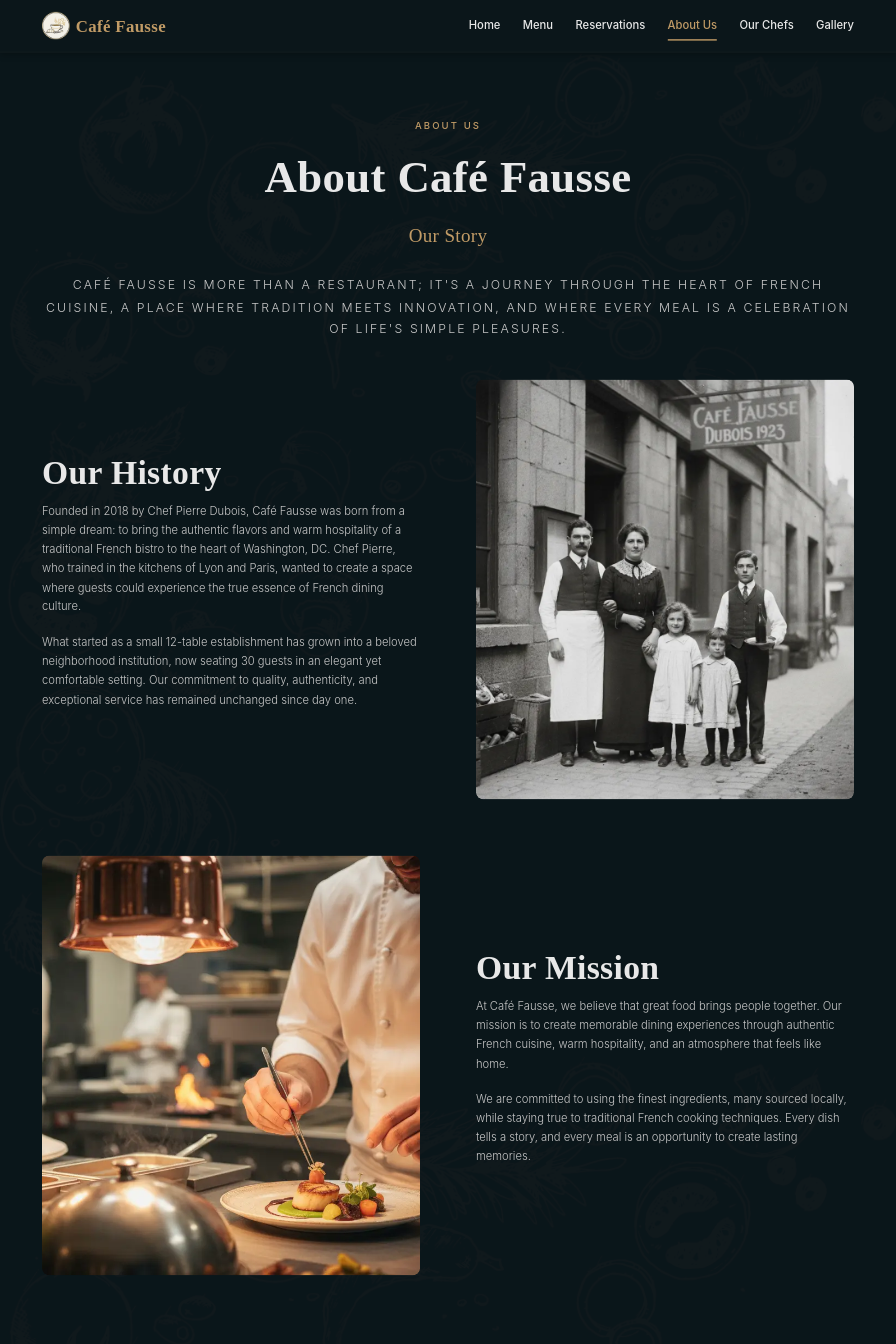
Repository: MatVanDenArt/MSSE-Cafe-Fausse
Page: /about (app in frontend/)
An editor plug-in stored every save of this project. The page is shown before and after the next save, followed by the edit.
The browser window is 1280 px wide. The pictures show the part of the page from y = 0 to 1920 px (the page is 5409 px tall before and 5568 px after), at 70% of full size.
Backgrounds fixed to the window are drawn as part of the page. The project was rebuilt for these pictures with package versions that can differ from the ones it lists, and the page was loaded fresh each time. Also part of the build but not shown: frontend/src/pages/Home.css, frontend/src/pages/Home.js, frontend/src/pages/Menu.css, frontend/src/pages/Menu.js, frontend/src/pages/Reservations.css, frontend/src/pages/Reservations.js, frontend/src/pages/Gallery.css, frontend/src/pages/Gallery.js.

Above is the page before, as saved 2025-11-05 14:54:03.

### frontend/src/pages/About.js
import React, { useState, useEffect, useRef } from "react";
import { Link } from "react-router-dom";
import "./About.css";

const About = () => {
  const [currentIndex, setCurrentIndex] = useState(0);
  const [isDesktop, setIsDesktop] = useState(window.innerWidth > 768);
  const carouselRef = useRef(null);
  const scrollContainerRef = useRef(null);
  const mousePositionRef = useRef({ x: 0, y: 0 });
  const isMouseOverRef = useRef(false);
  const animationIdRef = useRef(null);

  const awards = [
    {
      id: 1,
      image: "/images/Award - Cœur de France Gastronomie.webp",
      title: "Cœur de France Gastronomie",
      year: "2023",
      description: "Excellence in French Cuisine",
    },
    {
      id: 2,
      image: "/images/Award - Culinary Innovation.webp",
      title: "Culinary Innovation Award",
      year: "2022",
      description: "Washington DC Restaurant Association",
    },
    {
      id: 3,
      image: "/images/Award - Etoile du Chef Distinction.webp",
      title: "Étoile du Chef Distinction",
      year: "2021",
      description: "French Culinary Institute",
    },
    {
      id: 4,
      image: "/images/Award - Golden Spoon.webp",
      title: "Golden Spoon Award",
      year: "2020",
      description: "Best New Restaurant",
    },
  ];

  useEffect(() => {
    const handleScroll = () => {
      if (!scrollContainerRef.current) return;

      const container = scrollContainerRef.current;
      const containerWidth = container.offsetWidth;
      const containerCenter = containerWidth / 2;

      // Find which slide is closest to center
      const slides = container.querySelectorAll(".award-slide");
      let closestIndex = 0;
      let closestDistance = Infinity;

      slides.forEach((slide, index) => {
        const slideRect = slide.getBoundingClientRect();
        const containerRect = container.getBoundingClientRect();
        const slideCenter =
          slideRect.left - containerRect.left + slideRect.width / 2;
        const distance = Math.abs(slideCenter - containerCenter);

        if (distance < closestDistance) {
          closestDistance = distance;
          closestIndex = index;
        }
      });

      // On desktop with duplicated slides, map back to original index
      const actualIndex = isDesktop
        ? closestIndex % awards.length
        : closestIndex;

      setCurrentIndex((prevIndex) => {
        if (
          actualIndex !== prevIndex &&
          actualIndex >= 0 &&
          actualIndex < awards.length
        ) {
          return actualIndex;
        }
        return prevIndex;
      });
    };

    const container = scrollContainerRef.current;
    if (container) {
      container.addEventListener("scroll", handleScroll, { passive: true });
      return () => container.removeEventListener("scroll", handleScroll);
    }
  }, [awards.length, isDesktop]);

  // Removed scrollToIndex - indicators are now visual only
  // Navigation is handled entirely by mouse position on desktop and touch/swipe on mobile

  // Handle window resize
  useEffect(() => {
    const handleResize = () => {
      setIsDesktop(window.innerWidth > 768);
    };

    window.addEventListener("resize", handleResize);
    return () => window.removeEventListener("resize", handleResize);
  }, []);

  // Auto-scrolling infinite carousel with hover pause for desktop
  useEffect(() => {
    const container = scrollContainerRef.current;
    if (!container || !isDesktop) return;

    let animationId = null;
    let isPaused = false;
    const maxScrollSpeed = 2.0; // Maximum scroll speed in pixels per frame
    let currentScrollSpeed = 0; // Current scroll speed (will be eased)
    let targetScrollSpeed = maxScrollSpeed; // Target scroll speed
    let currentScrollPosition = 0;
    let slideWidth = 0;
    let singleSetWidth = 0; // Width of one set of awards
    const transitionDuration = 500; // Transition duration in milliseconds (0.5 seconds)
    let transitionStartTime = null;
    let transitionStartSpeed = 0;

    // Initialize carousel
    const initializeCarousel = () => {
      const firstSlide = container.querySelector(".award-slide");
      if (firstSlide) {
        slideWidth = firstSlide.offsetWidth + 32; // slide width + margin
        singleSetWidth = slideWidth * awards.length;
        // Start at the beginning of first set
        currentScrollPosition = 0;
        container.scrollLeft = 0;
      }
    };

    initializeCarousel();

    // Update calculations on resize
    const updateDimensions = () => {
      const firstSlide = container.querySelector(".award-slide");
      if (firstSlide) {
        slideWidth = firstSlide.offsetWidth + 32;
        singleSetWidth = slideWidth * awards.length;
      }
    };

    // Easing function for smooth transitions (ease-in-out)
    const easeInOut = (t) => {
      return t < 0.5 ? 2 * t * t : -1 + (4 - 2 * t) * t;
    };

    // Continuous animation loop
    const animate = (timestamp) => {
      if (!container) {
        animationId = null;
        return;
      }

      // Handle easing transition
      if (transitionStartTime !== null) {
        const elapsed = timestamp - transitionStartTime;
        const progress = Math.min(elapsed / transitionDuration, 1);

        if (progress < 1) {
          // Still transitioning - calculate eased speed
          const easedProgress = easeInOut(progress);
          currentScrollSpeed =
            transitionStartSpeed +
            (targetScrollSpeed - transitionStartSpeed) * easedProgress;
        } else {
          // Transition complete
          currentScrollSpeed = targetScrollSpeed;
          transitionStartTime = null;
        }
      }

      // Scroll at current speed (which may be easing)
      if (currentScrollSpeed > 0) {
        currentScrollPosition += currentScrollSpeed;

        // Handle seamless infinite scroll wrapping
        // When we reach or exceed the end of the first set, reset to equivalent position
        // This creates a seamless loop since duplicate slides are identical
        if (currentScrollPosition >= singleSetWidth) {
          // Use modulo to wrap seamlessly - this ensures exact visual match
          const wrappedPosition = currentScrollPosition % singleSetWidth;
          // Reset scroll position instantly when wrapping (no visible jump due to duplicates)
          container.scrollLeft = wrappedPosition;
          currentScrollPosition = wrappedPosition;
        } else {
          // Normal scrolling - update position
          container.scrollLeft = currentScrollPosition;
        }
      } else {
        // When paused or speed is 0, maintain current view
        container.scrollLeft = currentScrollPosition;
      }

      animationId = requestAnimationFrame(animate);
    };

    // Start auto-scroll with initial speed
    currentScrollSpeed = maxScrollSpeed;
    animationId = requestAnimationFrame(animate);

    // Handle mouse enter - gradually pause scrolling
    const handleMouseEnter = () => {
      if (!isPaused) {
        isPaused = true;
        transitionStartSpeed = currentScrollSpeed;
        targetScrollSpeed = 0;
        transitionStartTime = performance.now();
      }
    };

    // Handle mouse leave - gradually resume scrolling
    const handleMouseLeave = () => {
      if (isPaused) {
        isPaused = false;
        transitionStartSpeed = currentScrollSpeed;
        targetScrollSpeed = maxScrollSpeed;
        transitionStartTime = performance.now();
        if (!animationId) {
          animationId = requestAnimationFrame(animate);
        }
      }
    };

    // Handle window resize
    const handleResize = () => {
      updateDimensions();
      // Maintain current scroll position relative to the set
      const setPosition = currentScrollPosition % singleSetWidth;
      currentScrollPosition = setPosition;
      container.scrollLeft = currentScrollPosition;
    };

    // Attach event listeners to carousel wrapper
    const wrapper = carouselRef.current;
    if (wrapper) {
      wrapper.addEventListener("mouseenter", handleMouseEnter);
      wrapper.addEventListener("mouseleave", handleMouseLeave);
    }
    window.addEventListener("resize", handleResize);

    return () => {
      if (wrapper) {
        wrapper.removeEventListener("mouseenter", handleMouseEnter);
        wrapper.removeEventListener("mouseleave", handleMouseLeave);
      }
      window.removeEventListener("resize", handleResize);
      if (animationId) {
        cancelAnimationFrame(animationId);
      }
    };
  }, [isDesktop, awards.length]);

  return (
    <div
      className="about"
      style={{
        backgroundImage: `url('/images/bg-5.png')`,
        backgroundSize: "cover",
        backgroundPosition: "center",
        backgroundRepeat: "no-repeat",
        backgroundAttachment: "fixed",
      }}
    >
      <div className="container">
        <div className="section-title">
          <p>about us</p>
          <h1>About Café Fausse</h1>
          <h2>Our Story</h2>
          <p
            style={{
              fontSize: "1.1rem",
              lineHeight: "1.8",
              color: "#c8c8c8",
              fontWeight: 300,
              marginTop: "1rem",
            }}
          >
            Café Fausse is more than a restaurant; it's a journey through the
            heart of French cuisine, a place where tradition meets innovation,
            and where every meal is a celebration of life's simple pleasures.
          </p>
        </div>

        {/* History Section */}
        <section className="about-section">
          <div className="about-content">
            <div className="about-text">
              <h3>Our History</h3>
              <p>
                Founded in 2018 by Chef Pierre Dubois, Café Fausse was born from
                a simple dream: to bring the authentic flavors and warm
                hospitality of a traditional French bistro to the heart of
                Washington, DC. Chef Pierre, who trained in the kitchens of Lyon
                and Paris, wanted to create a space where guests could
                experience the true essence of French dining culture.
              </p>
              <p>
                What started as a small 12-table establishment has grown into a
                beloved neighborhood institution, now seating 30 guests in an
                elegant yet comfortable setting. Our commitment to quality,
                authenticity, and exceptional service has remained unchanged
                since day one.
              </p>
            </div>
            <div className="about-image">
              <img
                src="/images/About - History.webp"
                alt="Café Fausse History"
                className="img-responsive img-rounded"
              />
            </div>
          </div>
        </section>

        {/* Mission Section */}
        <section className="about-section">
          <div className="about-content reverse">
            <div className="about-text">
              <h3>Our Mission</h3>
              <p>
                At Café Fausse, we believe that great food brings people
                together. Our mission is to create memorable dining experiences
                through authentic French cuisine, warm hospitality, and an
                atmosphere that feels like home.
              </p>
              <p>
                We are committed to using the finest ingredients, many sourced
                locally, while staying true to traditional French cooking
                techniques. Every dish tells a story, and every meal is an
                opportunity to create lasting memories.
              </p>
            </div>
            <div className="about-image">
              <img
                src="/images/Gallery - Chef.webp"
                alt="Café Fausse Chef"
                className="img-responsive img-rounded"
              />
            </div>
          </div>
        </section>

        {/* Chef Section */}
        <section className="about-section">
          <div className="about-content">
            <div className="about-text">
              <h3>Chef Pierre Dubois</h3>
              <h4>Executive Master Chef</h4>
              <p>
                Chef Pierre Dubois brings over 20 years of culinary expertise to
                Café Fausse. Trained in the prestigious kitchens of Lyon and
                Paris, Chef Pierre has worked alongside some of France's most
                celebrated chefs.
              </p>
              <p>
                His philosophy is simple: respect the ingredients, honor the
                traditions, and always cook with passion. Under his guidance,
                Café Fausse has become a destination for those seeking authentic
                French cuisine in the nation's capital.
              </p>
              <div className="chef-quote">
                <blockquote>
                  "Cooking is an art, but it's also a way to bring people
                  together. At Café Fausse, we don't just serve food; we create
                  experiences that nourish both body and soul."
                </blockquote>
                <cite>- Chef Pierre Dubois</cite>
              </div>
              <Link
                to="/our-chefs"
                className="btn btn-large"
                style={{ marginTop: "2rem" }}
              >
                Meet Our Chefs
              </Link>
            </div>
            <div className="about-image">
              <img
                src="/images/Chef - Pierre Dubois.webp"
                alt="Chef Pierre Dubois"
                className="img-responsive img-rounded"
              />
            </div>
          </div>
        </section>
      </div>

      {/* Awards Section */}
      <section className="awards-carousel-section">
        <div className="awards-carousel-header">
          <div className="awards-header-container">
            <div className="section-title">
              <h3>Recognition & Awards</h3>
              <p>recognition</p>
            </div>
          </div>
        </div>
        <div className="awards-carousel-wrapper" ref={carouselRef}>
          <div className="awards-carousel-container" ref={scrollContainerRef}>
            {/* Duplicate awards for infinite scroll effect on desktop */}
            {isDesktop ? (
              <>
                {awards.map((award, index) => (
                  <div
                    key={`dup-1-${award.id}`}
                    className={`award-slide ${
                      index === currentIndex ? "active" : ""
                    }`}
                    style={{
                      backgroundImage: `url("${award.image}")`,
                      backgroundSize: "cover",
                      backgroundPosition: "center",
                      backgroundRepeat: "no-repeat",
                    }}
                  >
                    <div className="award-slide-overlay"></div>
                    <div className="award-slide-content">
                      <h4>{award.title}</h4>
                      <p className="award-year">{award.year}</p>
                      <p className="award-description">{award.description}</p>
                    </div>
                  </div>
                ))}
                {awards.map((award, index) => (
                  <div
                    key={`dup-2-${award.id}`}
                    className={`award-slide ${
                      index === currentIndex ? "active" : ""
                    }`}
                    style={{
                      backgroundImage: `url("${award.image}")`,
                      backgroundSize: "cover",
                      backgroundPosition: "center",
                      backgroundRepeat: "no-repeat",
                    }}
                  >
                    <div className="award-slide-overlay"></div>
                    <div className="award-slide-content">
                      <h4>{award.title}</h4>
                      <p className="award-year">{award.year}</p>
                      <p className="award-description">{award.description}</p>
                    </div>
                  </div>
                ))}
              </>
            ) : (
              awards.map((award, index) => (
                <div
                  key={award.id}
                  className={`award-slide ${
                    index === currentIndex ? "active" : ""
                  }`}
                  style={{
                    backgroundImage: `url("${award.image}")`,
                    backgroundSize: "cover",
                    backgroundPosition: "center",
                    backgroundRepeat: "no-repeat",
                  }}
                >
                  <div className="award-slide-overlay"></div>
                  <div className="award-slide-content">
                    <h4>{award.title}</h4>
                    <p className="award-year">{award.year}</p>
                    <p className="award-description">{award.description}</p>
                  </div>
                </div>
              ))
            )}
          </div>
          <div className="carousel-indicators">
            {awards.map((_, index) => (
              <div
                key={index}
                className={`indicator ${
                  index === currentIndex ? "active" : ""
                }`}
                aria-label={`Award ${index + 1} ${
                  index === currentIndex ? "(current)" : ""
                }`}
              ></div>
            ))}
          </div>
        </div>
      </section>

      <div className="container">
        {/* Values Section */}
        <section className="about-section">
          <div className="section-title">
            <h3>Our Values</h3>
            <p>The principles that guide everything we do</p>
          </div>
          <div className="grid grid-3">
            <div className="card">
              <div className="pillar-image">
                <img
                  src="/images/Gallery - Chef.webp"
                  alt="Authenticity"
                  className="pillar-img"
                />
              </div>
              <div className="card-body text-center">
                <h3>Authenticity</h3>
                <p>
                  We stay true to traditional French cooking methods and
                  flavors, ensuring every dish is authentic and memorable.
                </p>
              </div>
            </div>
            <div className="card">
              <div className="pillar-image">
                <img
                  src="/images/Gallery - Kitchen.webp"
                  alt="Sustainability"
                  className="pillar-img"
                />
              </div>
              <div className="card-body text-center">
                <h3>Sustainability</h3>
                <p>
                  We source ingredients responsibly, supporting local farmers
                  and sustainable practices whenever possible.
                </p>
              </div>
            </div>
            <div className="card">
              <div className="pillar-image">
                <img
                  src="/images/Gallery - Dining Area.webp"
                  alt="Hospitality"
                  className="pillar-img"
                />
              </div>
              <div className="card-body text-center">
                <h3>Hospitality</h3>
                <p>
                  Every guest is treated like family, with warm service that
                  makes you feel at home from the moment you arrive.
                </p>
              </div>
            </div>
            <div className="card">
              <div className="pillar-image">
                <img
                  src="/images/Gallery - Table.webp"
                  alt="Excellence"
                  className="pillar-img"
                />
              </div>
              <div className="card-body text-center">
                <h3>Excellence</h3>
                <p>
                  We strive for perfection in every detail, from the quality of
                  our ingredients to the presentation of each dish.
                </p>
              </div>
            </div>
          </div>
        </section>
      </div>
    </div>
  );
};

export default About;

### frontend/src/components/Footer.css
.footer {
  background-color: #0b161a;
  color: #e8e8e8;
  padding: 3rem 0 1rem;
  margin-top: auto;
  border-top: 1px solid #151f21;
}

.footer-content {
  display: grid;
  grid-template-columns: repeat(auto-fit, minmax(250px, 1fr));
  gap: 2rem;
  margin-bottom: 2rem;
}

.footer-section h3 {
  color: #c19b66;
  font-size: 1.8rem;
  font-family: "Cormorant Garamond", "Times New Roman", serif;
  font-weight: 500;
  letter-spacing: 0.5px;
  margin-bottom: 0.25rem;
}

.footer-section p {
  margin-bottom: 0.5rem;
  line-height: 1.6;
  color: #c8c8c8;
}

.footer-section strong {
  color: white;
}

.newsletter-form {
  display: flex;
  flex-direction: column;
  gap: 0.5rem;
  margin-top: 1rem;
}

.newsletter-input {
  padding: 0.75rem;
  border: 1px solid #151f21;
  border-radius: 5px;
  background-color: #151f21;
  color: #e8e8e8;
  font-size: 0.9rem;
}

.newsletter-input::placeholder {
  color: #ccc;
}

.newsletter-input:focus {
  outline: none;
  border-color: #c19b66;
}

.newsletter-btn {
  padding: 0.75rem;
  font-size: 0.9rem;
  border: 2px solid #c19b66;
  background-color: transparent;
  color: #c19b66;
}

.newsletter-btn:hover {
  background-color: #c19b66;
  color: #0b161a;
}

.newsletter-btn:disabled {
  opacity: 0.6;
  cursor: not-allowed;
}

.newsletter-success {
  background-color: #4caf50;
  padding: 1rem;
  border-radius: 5px;
  text-align: center;
  margin-top: 1rem;
}

.newsletter-success p {
  margin: 0;
  color: white;
  font-weight: 600;
}

.footer-bottom {
  text-align: center;
  padding-top: 2rem;
  border-top: 1px solid #151f21;
  color: #a8a8a8;
}

.footer-bottom p {
  margin: 0;
  font-size: 0.9rem;
}

@media (max-width: 768px) {
  .footer {
    padding: 2rem 0 1rem;
  }

  .footer-content {
    grid-template-columns: 1fr;
    gap: 1.5rem;
  }

  .newsletter-form {
    flex-direction: column;
  }
}

Loaded but not shown: frontend/public/index.html (common file); frontend/src/index.js (common file); frontend/src/index.css (common file); frontend/src/reportWebVitals.js (common file); frontend/src/components/Footer.js (119 lines, source omitted); frontend/src/components/Header.js (120 lines, source omitted); frontend/src/App.js (34 lines, source omitted); frontend/src/pages/About.css (520 lines, source omitted); frontend/src/App.css (418 lines, source omitted); frontend/src/components/Header.css (151 lines, source omitted)

After the next save:
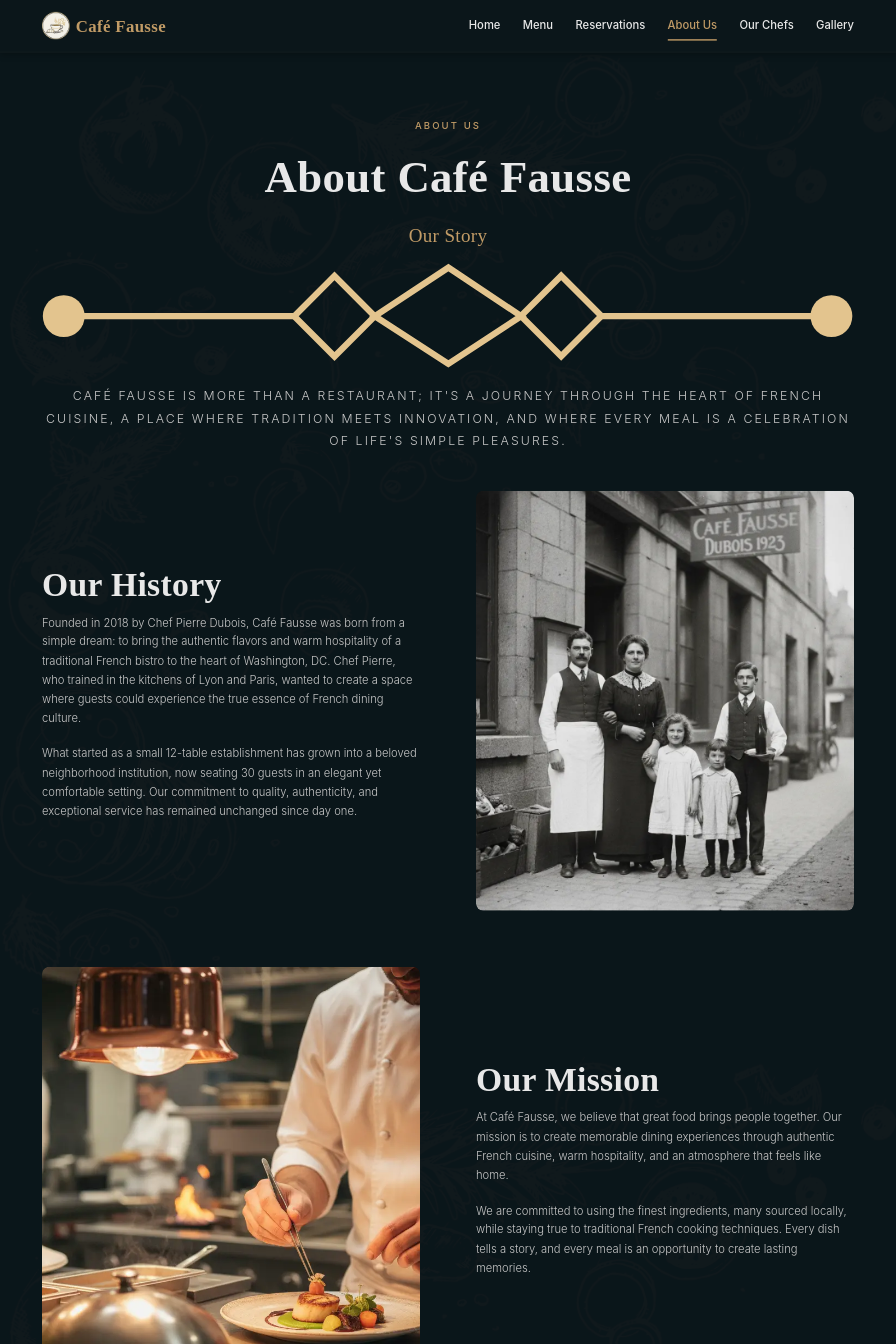
Saved 2 min 43 s later.
--- a/frontend/src/pages/About.js
+++ b/frontend/src/pages/About.js
@@ -272,6 +272,7 @@ const About = () => {
           <p>about us</p>
           <h1>About Café Fausse</h1>
           <h2>Our Story</h2>
+          <img src="/images/separator.svg" alt="separator" />
           <p
             style={{
               fontSize: "1.1rem",
